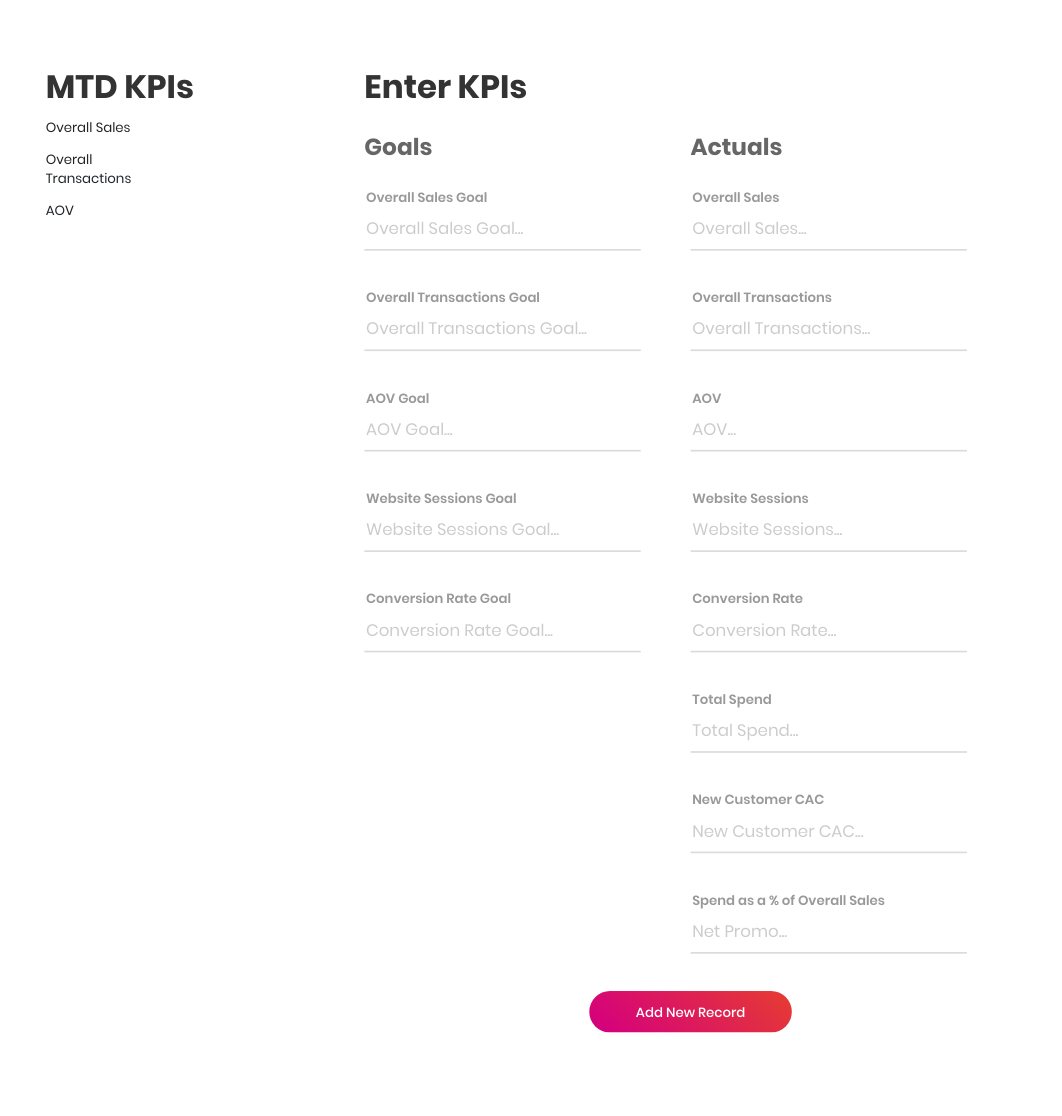
Repository: jameyel/kpi-entry
Page: index.html
An editor plug-in stored every save of this project. The page is shown before and after the next save, followed by the edit.
The browser window is 1280 px wide. The pictures show the whole page, at 83% of full size.
The page's requests for data from a server got no answer.

Above is the page before, as saved 2018-12-10 13:53:05.

After the next save:
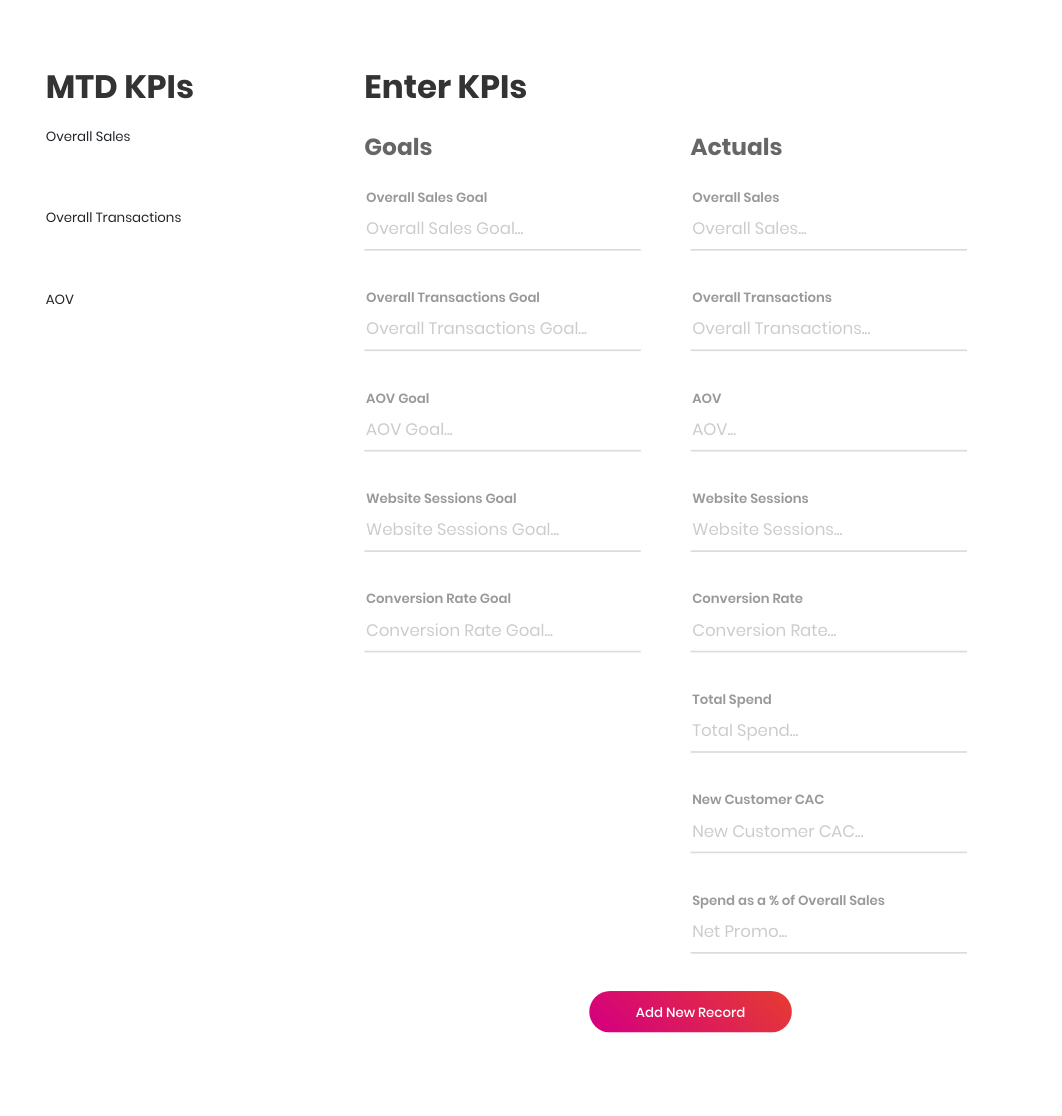
Saved 83 s later.
--- a/css/main.css
+++ b/css/main.css
@@ -275,7 +275,9 @@ iframe {
 
 .kpi-wrapper {
   display: flex;
-  align-items: center;
+  flex-direction: column;
+  justify-content: center;
+  margin: 24px 0px;
 }
 
 .wrap-input100 {
